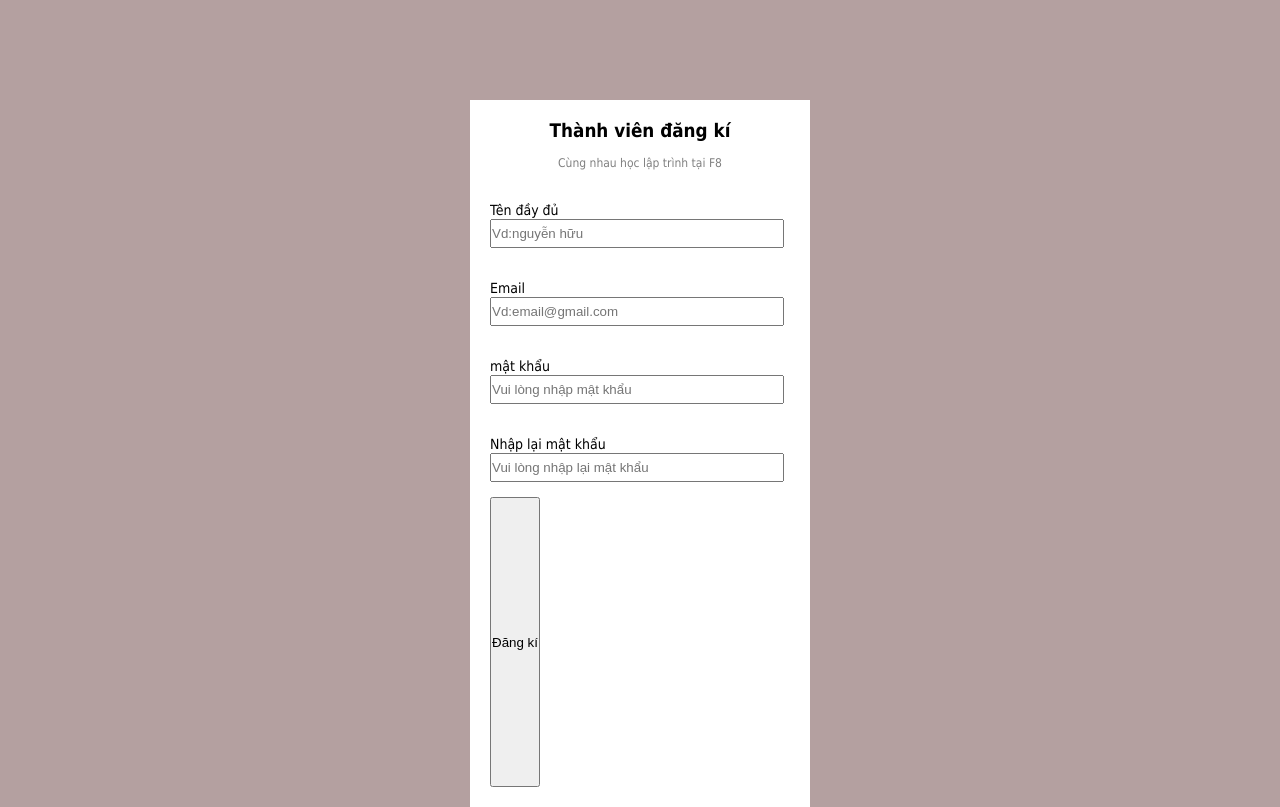
Repository: HuunvDev/Validator
Page: index.html
An editor plug-in stored every save of this project. The page is shown before and after the next save, followed by the edit.
The browser window is 1280 px wide. The pictures show the whole page.

Above is the page before, as saved 2022-08-20 09:28:40.

### index.html
<!DOCTYPE html>
<html lang="en">
<head>
    <meta charset="UTF-8">
    <meta http-equiv="X-UA-Compatible" content="IE=edge">
    <meta name="viewport" content="width=device-width, initial-scale=1.0">
    <title>validator</title>
    <link rel="stylesheet" href="style.css">
</head>
<body>
    <div class="main">
        <form action="" method="POST" class="form" id="form-1">
            <h3 class="heading">Thành viên đăng kí</h3>
            <p class="desc">Cùng nhau học lập trình tại F8</p>
            <div class="pacer"></div>
            <div class="form-group">
                <label for="fullName" class="form-lable">Tên đầy đủ</label><br>
                <input type="text" id="fullName" name="fullName" placeholder="Vd:nguyễn hữu"><br>
                <span class="form-message"></span>
            </div>
            <div class="form-group">
                <label for="email" class="form-lable">Email</label><br>
                <input type="text" id="email" name="email" placeholder="Vd:email@gmail.com"><br>
                <span class="form-message"></span>
            </div>
            <div class="form-group">
                <label for="password" class="form-lable">mật khẩu</label><br>
                <input type="text" id="password" name="password" placeholder="Vui lòng nhập mật khẩu"><br>
                <span class="form-message"></span>
            </div>
            <div class="form-group">
                <label for="password_confirmation" class="form-lable">Nhập lại mật khẩu</label><br>
                <input type="text" id="password_confirmation" name="password_confirmation" placeholder="Vui lòng nhập lại mật khẩu"><br>
                <span class="form-message"></span>
            </div>
           <button class="form-submit">Đăng kí</button>
        </form>
    </div>
    <script src="main.js"></script>
</body>
</html>

### style.css

*{
    margin:0;
    padding:0;
    overflow: hidden;
}
body{
    background-color:rgb(180, 160, 160);
}
.main {
    width: 300px;
    box-shadow: 0 0 0 rgb(0 0 0 / 10%);
    margin: auto;
    margin-top: 100px;
    padding: 20px;
    background-color: #fff;
    font-family: tahoma;
}
h3.heading {
    text-align: center;
}
p.desc {
    text-align: center;
    font-size: 12px;
    color: grey;
    padding: 15px 0;
}
.form-group {
    padding: 15px 0;
}

label.form-lable {
    font-size: 14px;
}
input {
    width: 290px;
    height: 25px;
}
button{
    padding:10px 0;
    height:290px;
}

### main.js
var fullName = document.getElementById('fullName');
var message = document.getElementsByClassName("form-message");
fullName.onblur = function(){
    if(!fullName.value){
        message.innerText ="Vui lòng nhập trường này";
    }
}

After the next save:
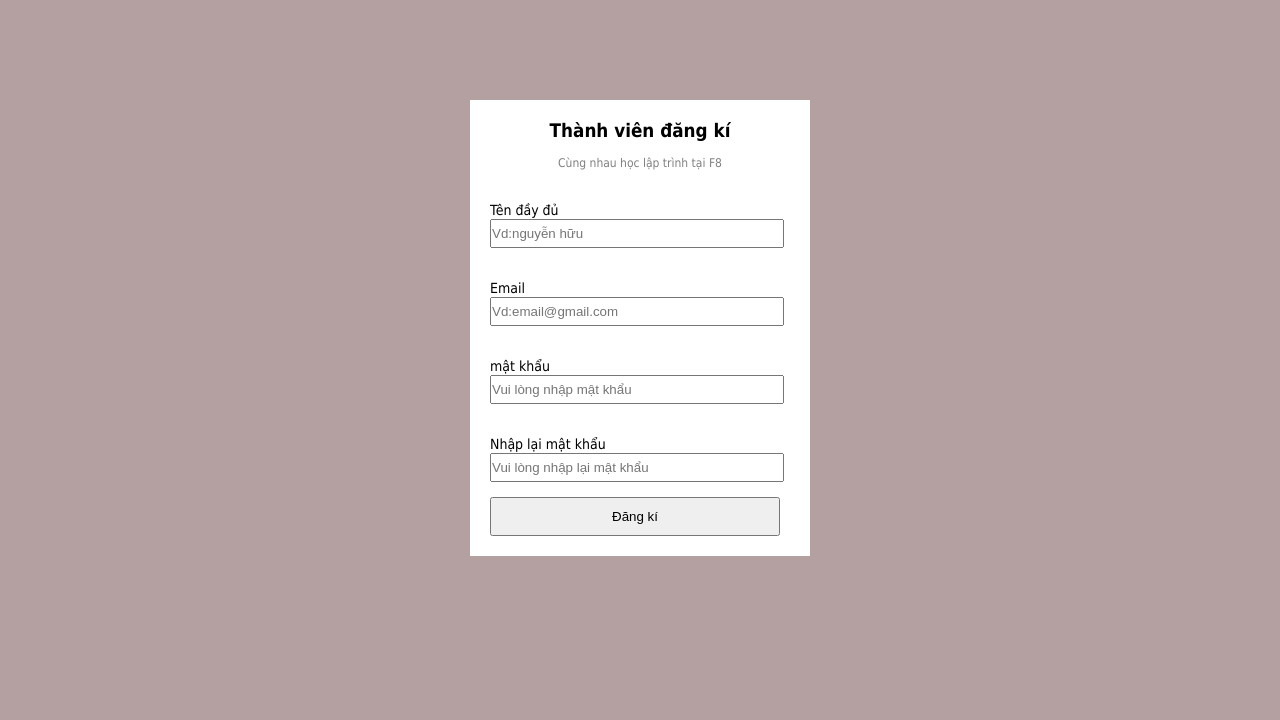
Saved 7 s later.
--- a/style.css
+++ b/style.css
@@ -38,5 +38,5 @@ input {
 }
 button{
     padding:10px 0;
-    height:290px;
+    width:290px;
 }
